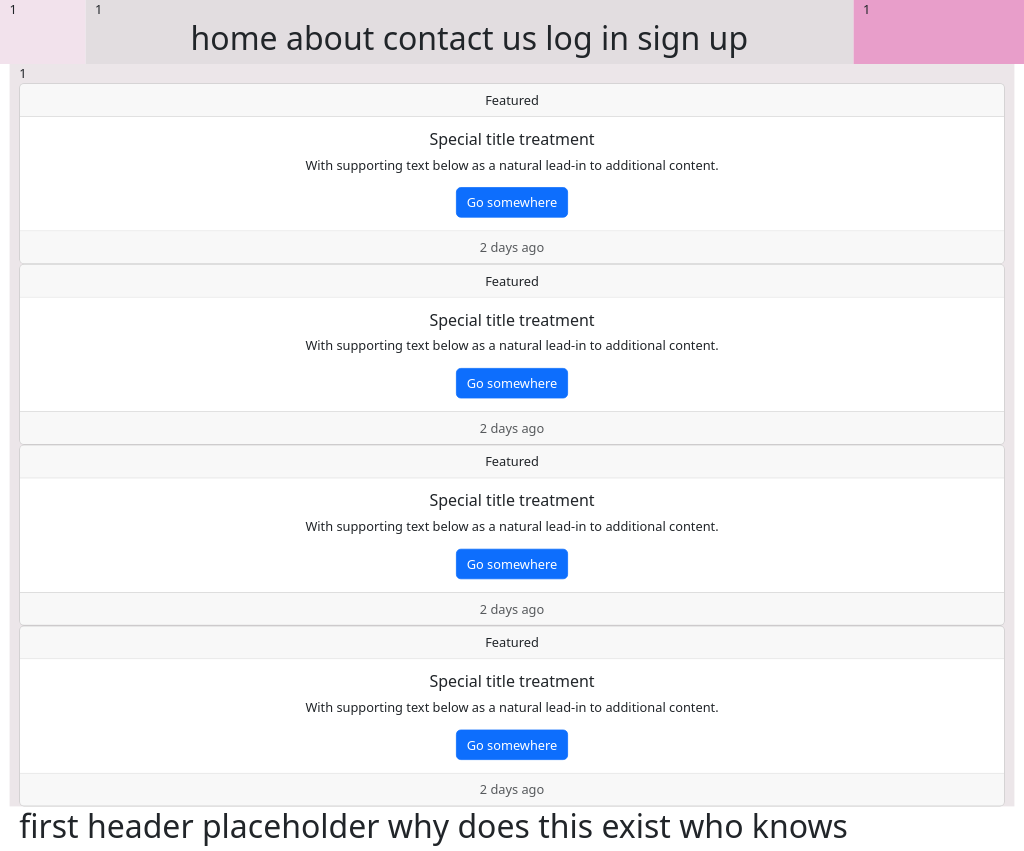
Repository: Treestr/classroom-assistant
Page: templates/homepage.html
An editor plug-in stored every save of this project. The page is shown before and after the next save, followed by the edit.
The browser window is 1280 px wide. The pictures show the whole page, at 80% of full size.
The template is drawn by Flask 3. The application's start-up code is not run. Other server files are loaded and not shown. The template is opened directly, without the code that normally fills it, so the values that code supplies are empty.

Above is the page before, as saved 2024-04-21 22:09:26.

### templates/homepage.html
<!DOCTYPE html>
<html lang="en">
  <head>
    <meta charset="utf-8" />
    <meta name="viewport" content="width=device-width, initial-scale=1" />
    <title>Bootstrap demo</title>
    <link
      href="https://cdn.jsdelivr.net/npm/bootstrap@5.3.3/dist/css/bootstrap.min.css"
      rel="stylesheet"
      integrity="sha384-QWTKZyjpPEjISv5WaRU9OFeRpok6YctnYmDr5pNlyT2bRjXh0JMhjY6hW+ALEwIH"
      crossorigin="anonymous"
    />
  </head>
  <body>
    <div class="container-fluid">


        <!-- first row -->
      <div class="row">
        <div class="col-1" style="background-color: rgb(242, 226, 236)">1</div>
          <div class="col-9" style="background-color: rgb(226, 221, 224)">1
          <h1><center>home about contact us log in sign up </center></h1>
        </div>
           <div class="col-2" style="background-color: rgb(232, 158, 202)">1</div>
      </div>

      <!-- second container -->
      <div class="container-fluid">
    <div class="row">
        <div class="col-12" style="background-color: rgb(236, 230, 233)">1
            <div class="row"></div>





<div class="card text-center">
  <div class="card-header">
    Featured
  </div>
  <div class="card-body">
    <h5 class="card-title">Special title treatment</h5>
    <p class="card-text">With supporting text below as a natural lead-in to additional content.</p>
    <a href="#" class="btn btn-primary">Go somewhere</a>
  </div>
  <div class="card-footer text-body-secondary">
    2 days ago
  </div>
</div>

<div class="card text-center">
  <div class="card-header">
    Featured
  </div>
  <div class="card-body">
    <h5 class="card-title">Special title treatment</h5>
    <p class="card-text">With supporting text below as a natural lead-in to additional content.</p>
    <a href="#" class="btn btn-primary">Go somewhere</a>
  </div>
  <div class="card-footer text-body-secondary">
    2 days ago
  </div>
</div>

<div class="card text-center">
  <div class="card-header">
    Featured
  </div>
  <div class="card-body">
    <h5 class="card-title">Special title treatment</h5>
    <p class="card-text">With supporting text below as a natural lead-in to additional content.</p>
    <a href="#" class="btn btn-primary">Go somewhere</a>
  </div>
  <div class="card-footer text-body-secondary">
    2 days ago
  </div>
</div>
<div class="card text-center">
  <div class="card-header">
    Featured
  </div>
  <div class="card-body">
    <h5 class="card-title">Special title treatment</h5>
    <p class="card-text">With supporting text below as a natural lead-in to additional content.</p>
    <a href="#" class="btn btn-primary">Go somewhere</a>
  </div>
  <div class="card-footer text-body-secondary">
    2 days ago
  </div>
</div>





        </div>

    </div>
    <h1>first header placeholder why does this exist who knows</h1>
    <script
      src="https://cdn.jsdelivr.net/npm/bootstrap@5.3.3/dist/js/bootstrap.bundle.min.js"
      integrity="sha384-YvpcrYf0tY3lHB60NNkmXc5s9fDVZLESaAA55NDzOxhy9GkcIdslK1eN7N6jIeHz"
      crossorigin="anonymous"
    ></script>
    <script
      src="https://cdn.jsdelivr.net/npm/@popperjs/core@2.11.8/dist/umd/popper.min.js"
      integrity="sha384-I7E8VVD/ismYTF4hNIPjVp/Zjvgyol6VFvRkX/vR+Vc4jQkC+hVqc2pM8ODewa9r"
      crossorigin="anonymous"
    ></script>
    <script
      src="https://cdn.jsdelivr.net/npm/bootstrap@5.3.3/dist/js/bootstrap.min.js"
      integrity="sha384-0pUGZvbkm6XF6gxjEnlmuGrJXVbNuzT9qBBavbLwCsOGabYfZo0T0to5eqruptLy"
      crossorigin="anonymous"
    ></script>
  </body>
</html>

After the next save:
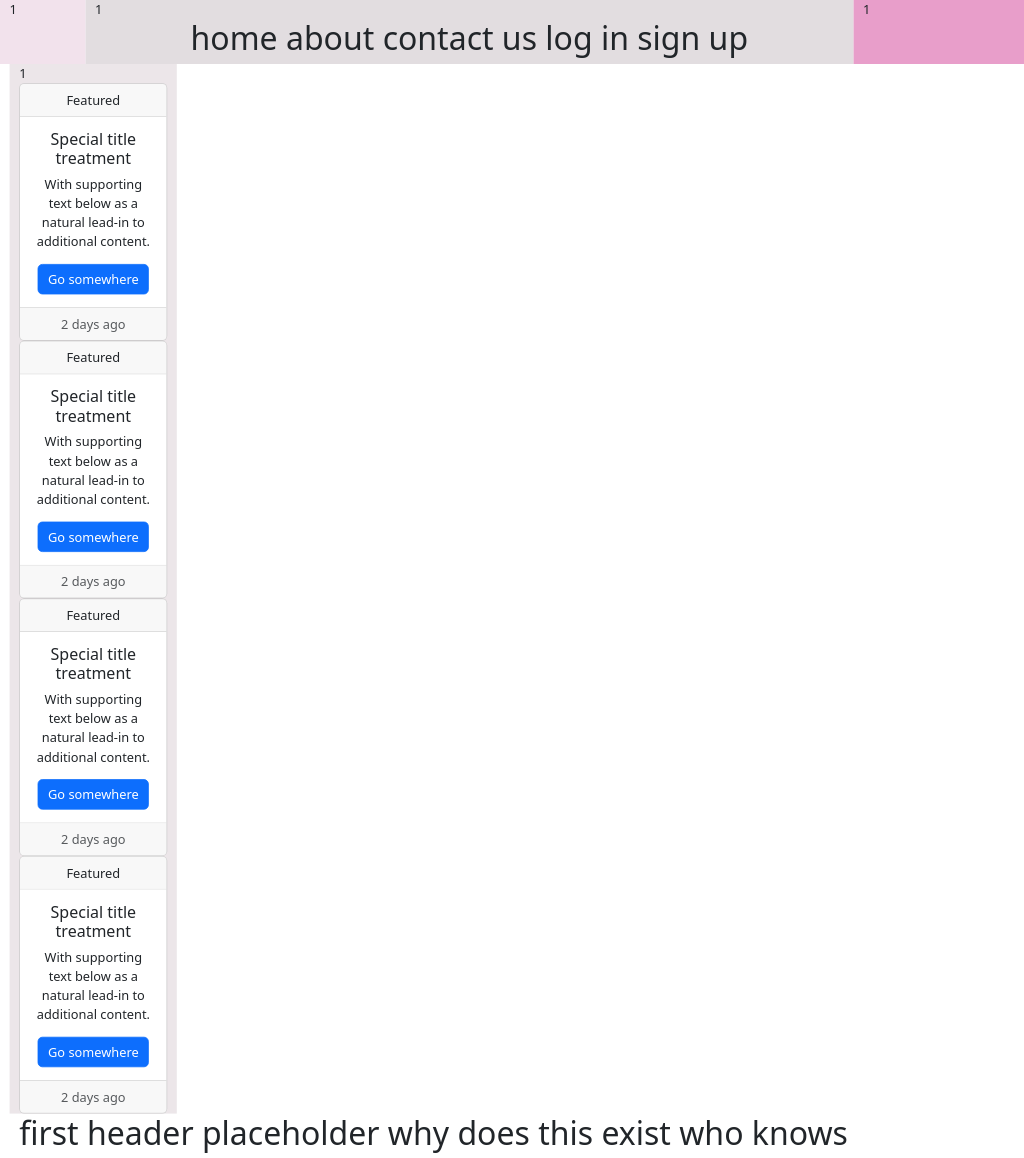
Saved 19 s later.
--- a/templates/homepage.html
+++ b/templates/homepage.html
@@ -27,7 +27,7 @@
       <!-- second container -->
       <div class="container-fluid">
     <div class="row">
-        <div class="col-12" style="background-color: rgb(236, 230, 233)">1
+        <div class="col-2" style="background-color: rgb(236, 230, 233)">1
             <div class="row"></div>
 
 
